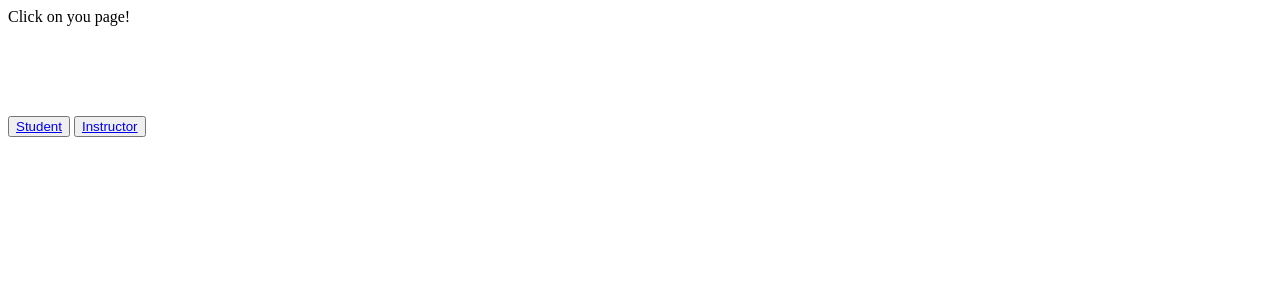
Repository: sanjukthas/NumberUtility
Page: http://localhost/HarrisonCollege/Home.jsp
The author's editor kept a copy of each file at every save. The page is drawn from the files as they stood at one save, then again after the next save.
The browser window is 1280 px wide. The pictures show the whole page.
The page is served by Tomcat 9.

Above is the page before, as saved 2016-07-22 15:31:40.

After the next save:
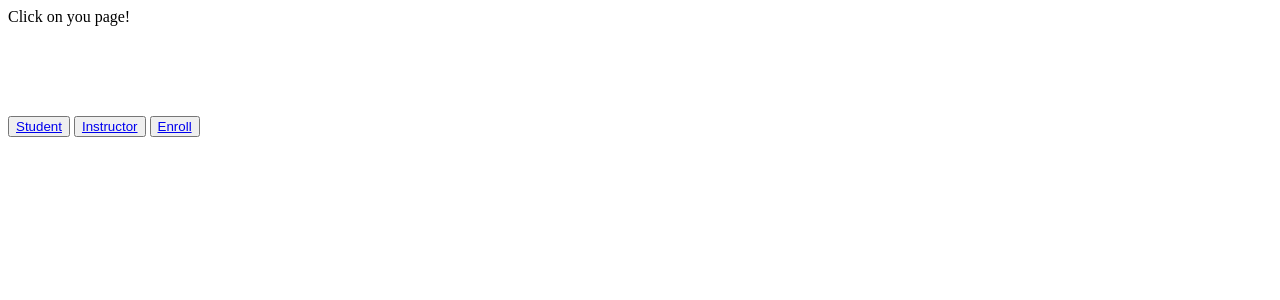
Saved 58 s later.
--- a/HarrisonCollege/WebContent/Home.jsp
+++ b/HarrisonCollege/WebContent/Home.jsp
@@ -18,6 +18,7 @@
 <div class="btn-group">
   <button type="button" class="btn btn-primary"><a href="<%=request.getContextPath()%>/StudentServlet">Student</a></button>
   <button type="button" class="btn btn-primary"><a href="/InstructorServlet">Instructor</a></button>
+ <button type="button" class="btn btn-primary"><a href="/Enroll">Enroll</a></button>
  </div>
 
 
